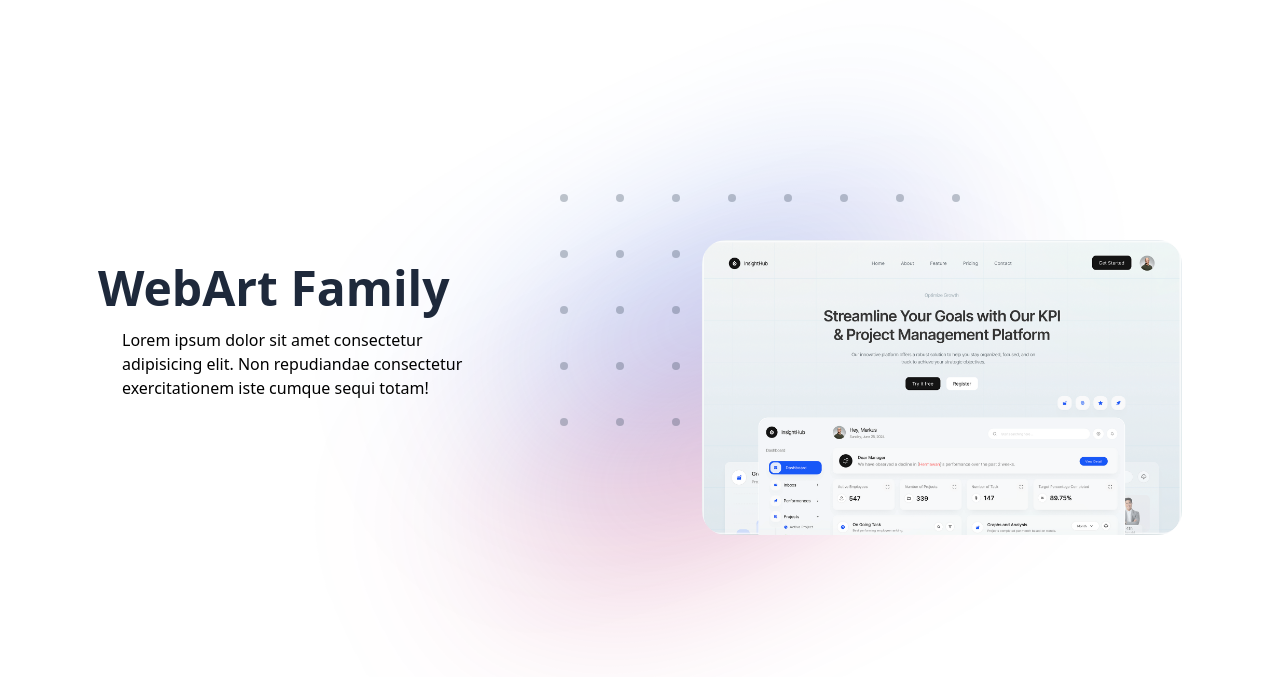
Repository: 30namp/youtube-web-art-code
Page: stunning landing page 1/index.html
The author's editor kept a copy of each file at every save. The page is drawn from the files as they stood at one save, then again after the next save.
The browser window is 1280 px wide. The pictures show the whole page.

Above is the page before, as saved 2024-09-26 18:32:11.

### stunning landing page 1/index.html
<!DOCTYPE html>
<html lang="en">
  <head>
    <meta charset="UTF-8" />
    <meta name="viewport" content="width=device-width, initial-scale=1.0" />
    <title>WebArt Design</title>
    <script src="./tailwindcss.min.js"></script>
  </head>
  <body class="min-h-screen">
    <div
      class="absolute right-[25%] top-[60%] h-12 w-[30rem] rounded-[100%] rotate-[-25deg] bg-pink-700 blur-[6rem]"
    ></div>
    <div
      class="absolute right-[25%] top-[40%] h-12 w-[30rem] rounded-[100%] rotate-[-25deg] bg-blue-700 blur-[6rem]"
    ></div>
    <div class="grid grid-cols-8 gap-12 absolute right-[25%] top-[27%]">
      <div class="rounded-full bg-slate-700/30 size-2 shadow-lg"></div>
      <div class="rounded-full bg-slate-700/30 size-2 shadow-lg"></div>
      <div class="rounded-full bg-slate-700/30 size-2 shadow-lg"></div>
      <div class="rounded-full bg-slate-700/30 size-2 shadow-lg"></div>
      <div class="rounded-full bg-slate-700/30 size-2 shadow-lg"></div>
      <div class="rounded-full bg-slate-700/30 size-2 shadow-lg"></div>
      <div class="rounded-full bg-slate-700/30 size-2 shadow-lg"></div>
      <div class="rounded-full bg-slate-700/30 size-2 shadow-lg"></div>
      <div class="rounded-full bg-slate-700/30 size-2 shadow-lg"></div>
      <div class="rounded-full bg-slate-700/30 size-2 shadow-lg"></div>
      <div class="rounded-full bg-slate-700/30 size-2 shadow-lg"></div>
      <div class="rounded-full bg-slate-700/30 size-2 shadow-lg"></div>
      <div class="rounded-full bg-slate-700/30 size-2 shadow-lg"></div>
      <div class="rounded-full bg-slate-700/30 size-2 shadow-lg"></div>
      <div class="rounded-full bg-slate-700/30 size-2 shadow-lg"></div>
      <div class="rounded-full bg-slate-700/30 size-2 shadow-lg"></div>
      <div class="rounded-full bg-slate-700/30 size-2 shadow-lg"></div>
      <div class="rounded-full bg-slate-700/30 size-2 shadow-lg"></div>
      <div class="rounded-full bg-slate-700/30 size-2 shadow-lg"></div>
      <div class="rounded-full bg-slate-700/30 size-2 shadow-lg"></div>
      <div class="rounded-full bg-slate-700/30 size-2 shadow-lg"></div>
      <div class="rounded-full bg-slate-700/30 size-2 shadow-lg"></div>
      <div class="rounded-full bg-slate-700/30 size-2 shadow-lg"></div>
      <div class="rounded-full bg-slate-700/30 size-2 shadow-lg"></div>
      <div class="rounded-full bg-slate-700/30 size-2 shadow-lg"></div>
      <div class="rounded-full bg-slate-700/30 size-2 shadow-lg"></div>
      <div class="rounded-full bg-slate-700/30 size-2 shadow-lg"></div>
      <div class="rounded-full bg-slate-700/30 size-2 shadow-lg"></div>
      <div class="rounded-full bg-slate-700/30 size-2 shadow-lg"></div>
      <div class="rounded-full bg-slate-700/30 size-2 shadow-lg"></div>
      <div class="rounded-full bg-slate-700/30 size-2 shadow-lg"></div>
      <div class="rounded-full bg-slate-700/30 size-2 shadow-lg"></div>
      <div class="rounded-full bg-slate-700/30 size-2 shadow-lg"></div>
      <div class="rounded-full bg-slate-700/30 size-2 shadow-lg"></div>
      <div class="rounded-full bg-slate-700/30 size-2 shadow-lg"></div>
      <div class="rounded-full bg-slate-700/30 size-2 shadow-lg"></div>
      <div class="rounded-full bg-slate-700/30 size-2 shadow-lg"></div>
      <div class="rounded-full bg-slate-700/30 size-2 shadow-lg"></div>
      <div class="rounded-full bg-slate-700/30 size-2 shadow-lg"></div>
      <div class="rounded-full bg-slate-700/30 size-2 shadow-lg"></div>
    </div>

    <div class="hero-section relative pt-60 flex justify-around items-start">
      <div class="content flex flex-col gap-4 pt-6">
        <h1 class="text-5xl font-bold text-slate-800">WebArt Family</h1>
        <div class="description ml-6 w-96">
          Lorem ipsum dolor sit amet consectetur adipisicing elit. Non
          repudiandae consectetur exercitationem iste cumque sequi totam!
        </div>
      </div>
      <img class="w-[30rem] rounded-3xl" src="./img.png" alt="" />
    </div>
  </body>
</html>

Loaded but not shown: stunning landing page 1/tailwindcss.min.js (library)

After the next save:
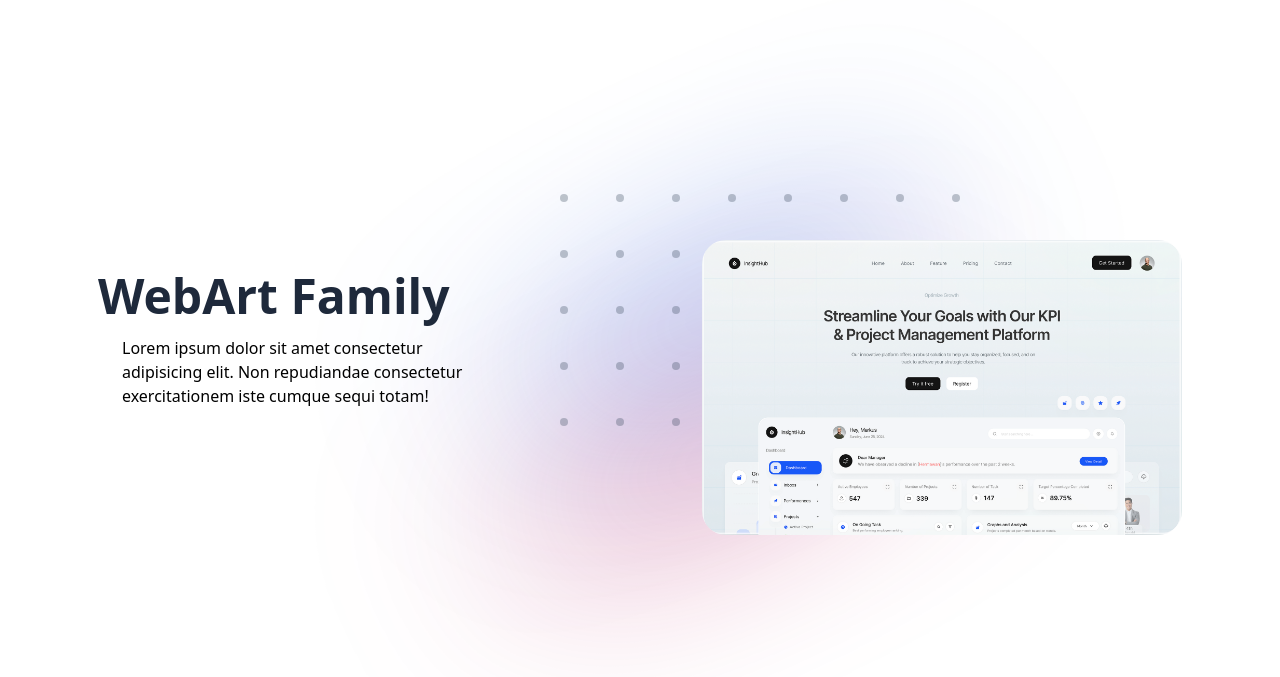
Saved 6 s later.
--- a/stunning landing page 1/index.html
+++ b/stunning landing page 1/index.html
@@ -57,7 +57,7 @@
     </div>
 
     <div class="hero-section relative pt-60 flex justify-around items-start">
-      <div class="content flex flex-col gap-4 pt-6">
+      <div class="content flex flex-col gap-4 pt-8">
         <h1 class="text-5xl font-bold text-slate-800">WebArt Family</h1>
         <div class="description ml-6 w-96">
           Lorem ipsum dolor sit amet consectetur adipisicing elit. Non
